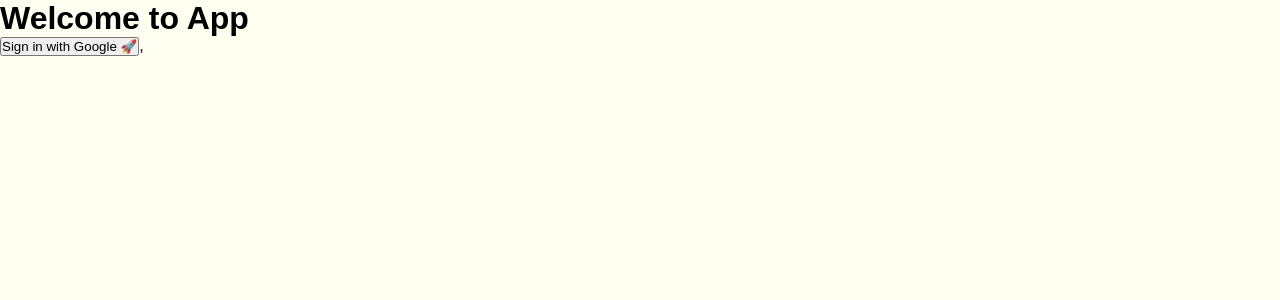
Repository: Muskan1Kumari4draw/React-app-with-concept
Page: /
These files come from the project's save history. The page is drawn as it stood at one moment and after the next save; the edit follows.
The browser window is 1280 px wide. The pictures show the whole page.
The project was rebuilt for these pictures with package versions that can differ from the ones it lists, and the page was loaded fresh each time. Also part of the build but not shown: src/component/Basic/Monument.js, src/component/Basic/Navbar.js, src/component/Basic/Restaurant.js.

Above is the page before, as saved 2024-10-25 19:38:51.

After the next save:
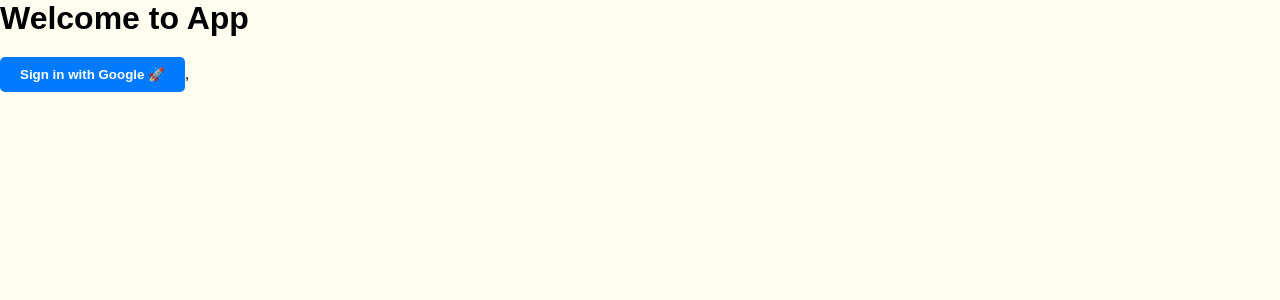
Saved 5 s later.
--- a/src/component/Basic/style.css
+++ b/src/component/Basic/style.css
@@ -267,3 +267,14 @@ body {
 .code {
   margin: auto;
 }
+.btn-signin {
+  margin-top: 20px;
+  padding: 10px 20px;
+  border: none;
+  border-radius: 5px;
+  background-color: #007bff;
+  color: white;
+  font-weight: bold;
+  cursor: pointer;
+  transition: background-color 0.3s ease;
+}
